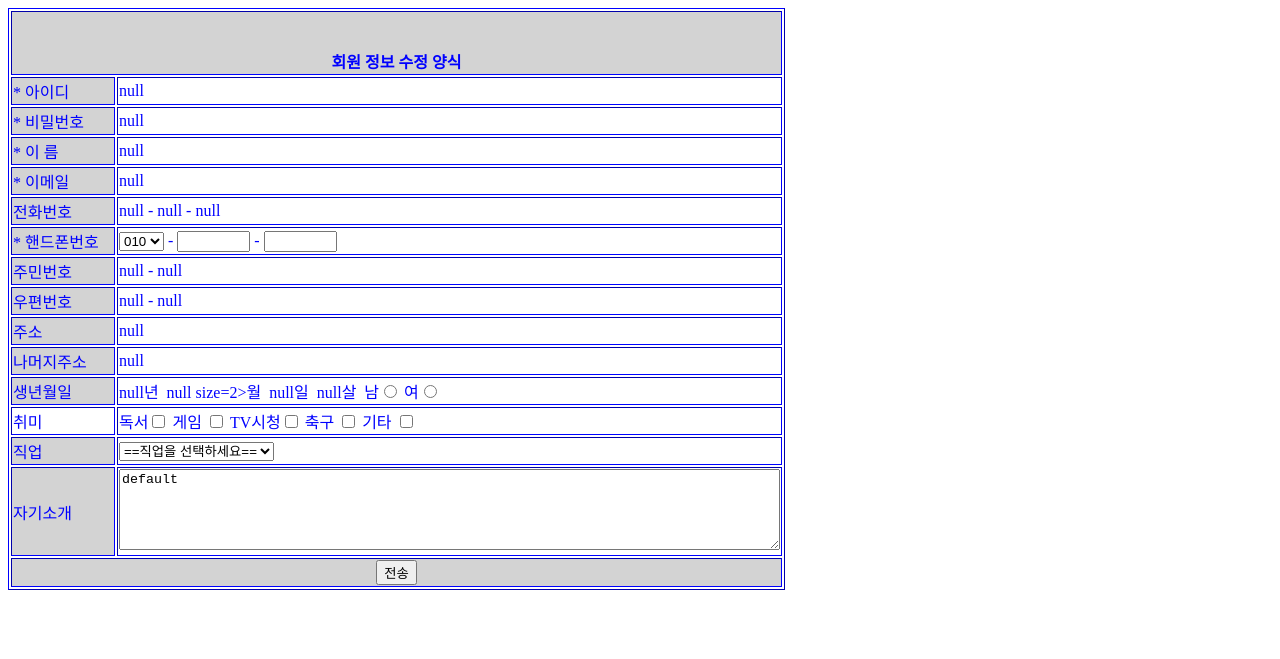
Repository: vkfkstptkd1/WebProgramming
Page: http://localhost/ch3_FormTag/In_Form_ok.jsp
An editor plug-in stored every save of this project. The page is shown before and after the next save, followed by the edit.
The browser window is 1280 px wide. The pictures show the whole page.
The page is served by Tomcat 9.

Above is the page before, as saved 2021-03-20 09:55:48.

### ch3_FormTag/WebContent/In_Form_ok.jsp
<%@ page language="java" contentType="text/html; charset=EUC-KR"
    pageEncoding="EUC-KR"%>
<%  request.setCharacterEncoding("euc-kr");  %><!--한글입력전송받을때이거반드시필요.-->
<!DOCTYPE html>
<html>
<head>
<meta charset="EUC-KR">
<title>Insert title here</title>
<style type="text/css">
.style1{border-color:blue;color:blue;}
.style0{color:blue;background-color:lightgrey;}
</style>
</head>
<body>
	<table class="style1" border="1">
	<tr><th class="style0" colspan=2><br><br>회원 정보 수정 양식</th></tr><!--표제목  -->
	<tr><td class="style0" width= "100"> * 아이디</td>
		<td width="500"> <%=request.getParameter("id") %></td>
	</tr>
	<tr><td class="style0"> * 비밀번호</td>
		<td class="style1"> <%=request.getParameter("pwd") %>
		</td>
	</tr>
	<tr><td class="style0"> * 이 름</td>
		<td class="style1">  <%=request.getParameter("name") %></td>
	</tr>
	<tr><td class="style0"> * 이메일</td>
		<td class="style1">  <%=request.getParameter("email") %></td>
	</tr>
	<tr><td class="style0"> 전화번호</td>
		<td class="style1">
			 <%=request.getParameter("homenumber1") %>
			-
			 <%=request.getParameter("homenumber2") %>
			-
			 <%=request.getParameter("homenumber3") %>
		</td>
	</tr>
	<tr><td class="style0"> * 핸드폰번호</td>
		<td class="style1">
		<SELECT >
		<OPTION VALUE="010">010</OPTION>
		<OPTION VALUE="011">011</OPTION>
		<OPTION VALUE="012">012</OPTION>
		</SELECT>
		-
		<input type="text" size=6>
		-
		<input type="text" size=6>
		</td>
	</tr>
	<tr><td class="style0"> 주민번호</td>
		<td class="style1">
			 <%=request.getParameter("ssn1") %>
			 -
			 <%=request.getParameter("ssn2") %>
		</td>
	</tr>
	<tr><td class="style0"> 우편번호</td>
		<td class="style1">
			 <%=request.getParameter("pn1") %>
			 -
			 <%=request.getParameter("pn2") %>
		</td>
	</tr>
	<tr><td class="style0"> 주소</td>
		<td class="style1">
		  <%=request.getParameter("ad") %>
		</td>
	</tr>
	<tr><td class="style0"> 나머지주소</td>
		<td class="style1">
		  <%=request.getParameter("remainderad") %>
		</td>
	</tr>
	<tr><td class="style0"> 생년월일</td>
		<td>  <%=request.getParameter("year") %>년&nbsp;
			  <%=request.getParameter("month") %> size=2>월&nbsp;
			  <%=request.getParameter("day") %>일&nbsp;
			  <%=request.getParameter("age") %>살&nbsp;
			 남<input type="radio" name="gender" value="남">
			 여<input type="radio" name="gender" value="여">
		</td>
	</tr>
	<tr><td class="style1"> 취미</td>
		<td class="style1">
			 독서<input type="checkbox" name="hobby" value="독서">
			 게임	<input type="checkbox" name="hobby" value="게임">
		   TV시청<input type="checkbox" name="hobby" value="TV시청">
			 축구	<input type="checkbox" name="hobby" value="축구">
			 기타	<input type="checkbox" name="hobby" value="기타">
		</td>
	</tr>
	<tr><td class="style0"> 직업</td>
		<td >
		<SELECT NAME="job">
         <OPTION VALUE="">==직업을 선택하세요==</OPTION>
         <OPTION VALUE="학생">학생</OPTION>
         <OPTION VALUE="회사원">회사원</OPTION>
         <OPTION VALUE="군인">군인</OPTION>
         <OPTION VALUE="기타">기타</OPTION>
	    </SELECT>
	    </td>
	</tr>
	<tr><td class="style0"> 자기소개</td>
		<td class="style1">
		<textarea name="intro" rows=5 cols=80 >default</textarea>
		</td>
	</tr>
	<tr>
		<td class="style0" colspan="2"><center><input type="submit" value="전송" ></center></td>
	</tr>
	</table>

</body>
</html>

After the next save:
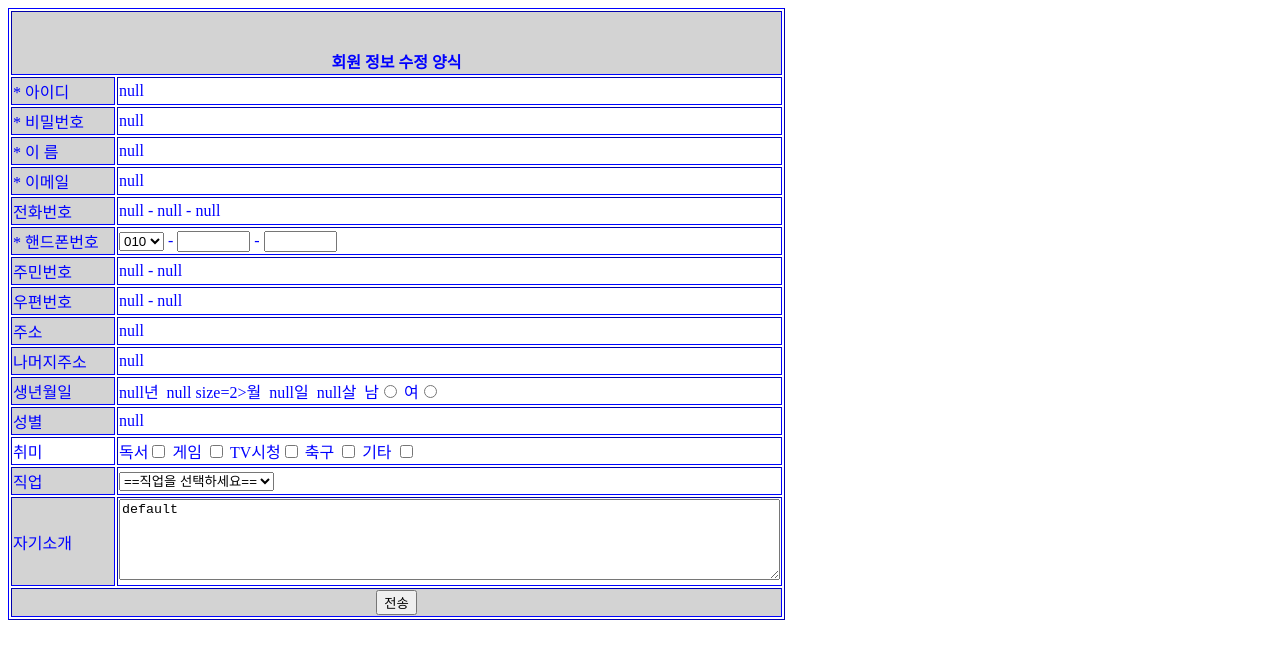
Saved 67 s later.
--- a/ch3_FormTag/WebContent/In_Form_ok.jsp
+++ b/ch3_FormTag/WebContent/In_Form_ok.jsp
@@ -82,6 +82,9 @@
 			 여<input type="radio" name="gender" value="여">
 		</td>
 	</tr>
+	<tr><td class="style0"> 성별</td>
+		<td> <%=request.getParameter("gender") %></td>
+	</tr>
 	<tr><td class="style1"> 취미</td>
 		<td class="style1">
 			 독서<input type="checkbox" name="hobby" value="독서">
